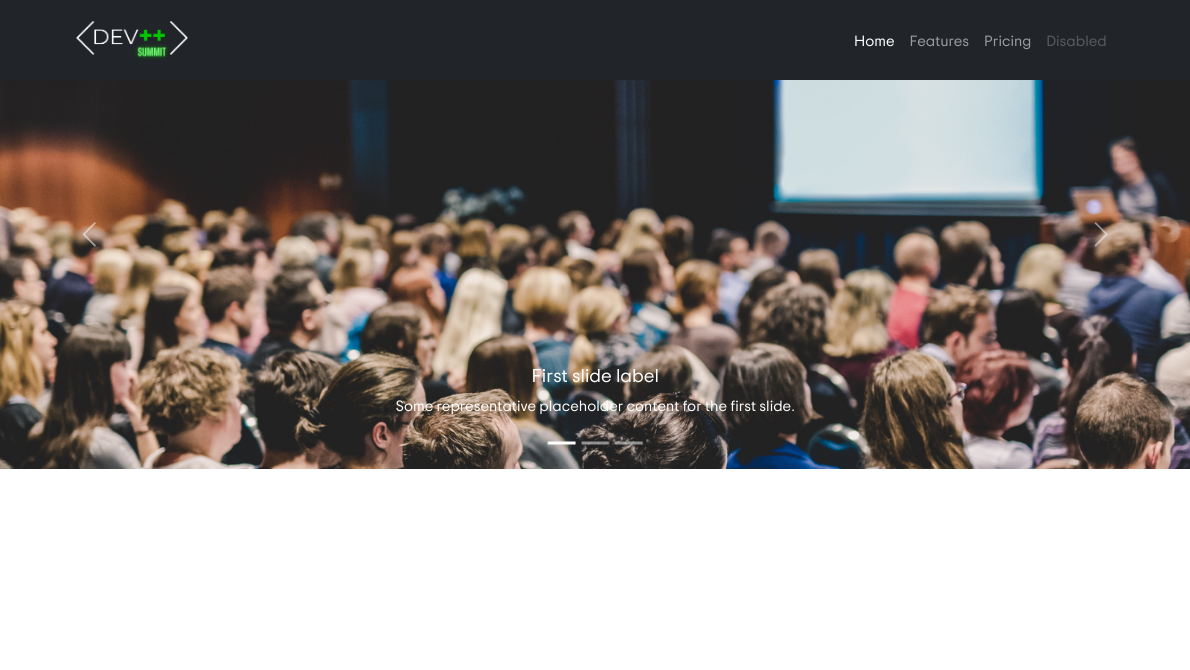
Repository: GScholl/ProjetoWeb_
Page: index.html
The author's editor kept a copy of each file at every save. The page is drawn from the files as they stood at one save, then again after the next save.
The browser window is 1280 px wide. The pictures show the whole page, at 93% of full size.
Backgrounds fixed to the window are drawn as part of the page.

Above is the page before, as saved 2023-08-23 09:23:09.

After the next save:
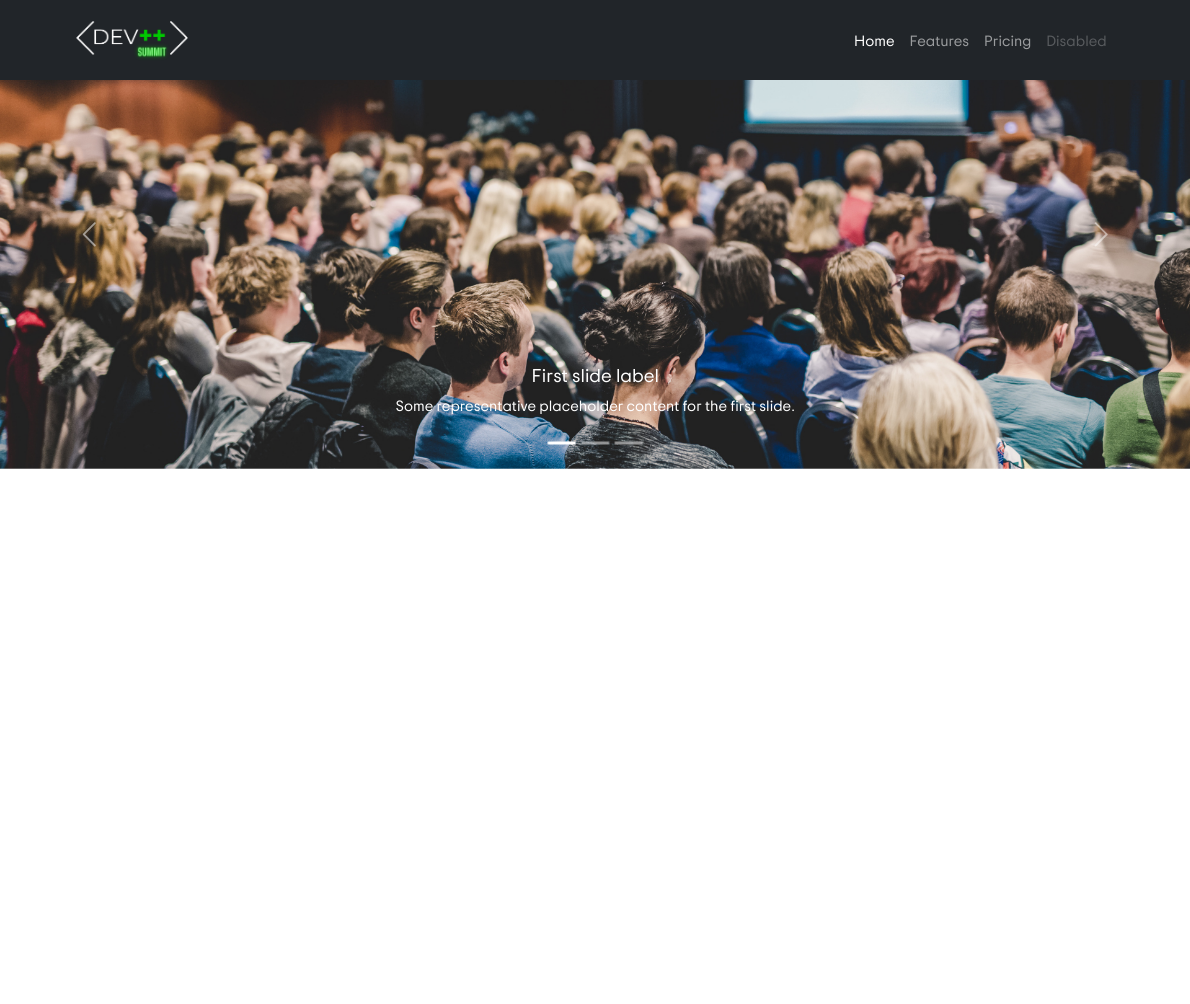
Saved 22 s later.
--- a/css/style.css
+++ b/css/style.css
@@ -5,6 +5,9 @@
 * {
   font-family: "Trip-sans", sans-serif;
   transition: 0.2s all;
+}
+body{
+  height: 150vh;;
 }
 .logo {
   height: 60px;
